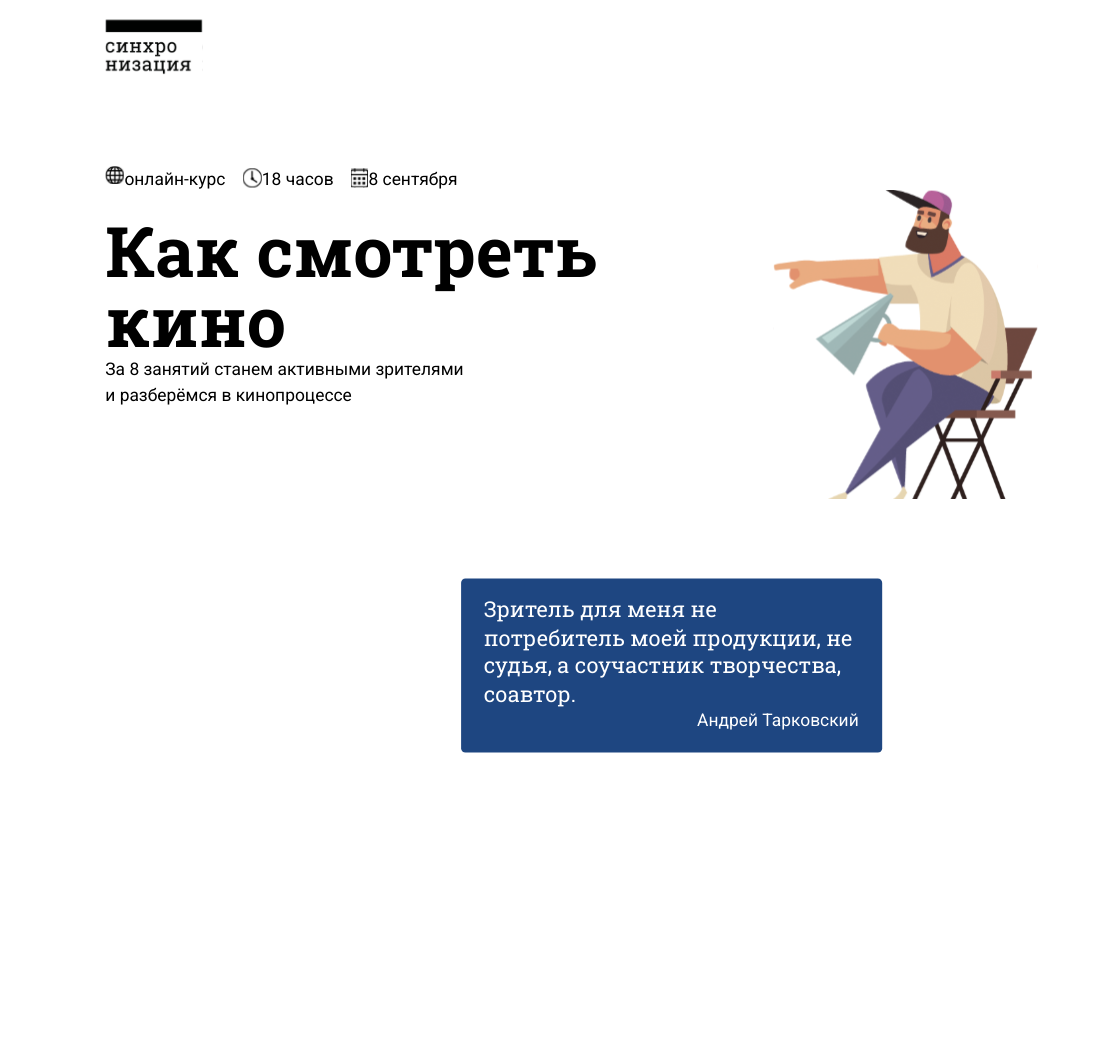
Repository: HeybetzadeQedim/task-2
Page: index.html
The author's editor kept a copy of each file at every save. The page is drawn from the files as they stood at one save, then again after a run of saves.
The browser window is 1280 px wide. The pictures show the whole page, at 87% of full size.

Above is the page before, as saved 2023-10-04 15:57:19.

After the next 2 saves:
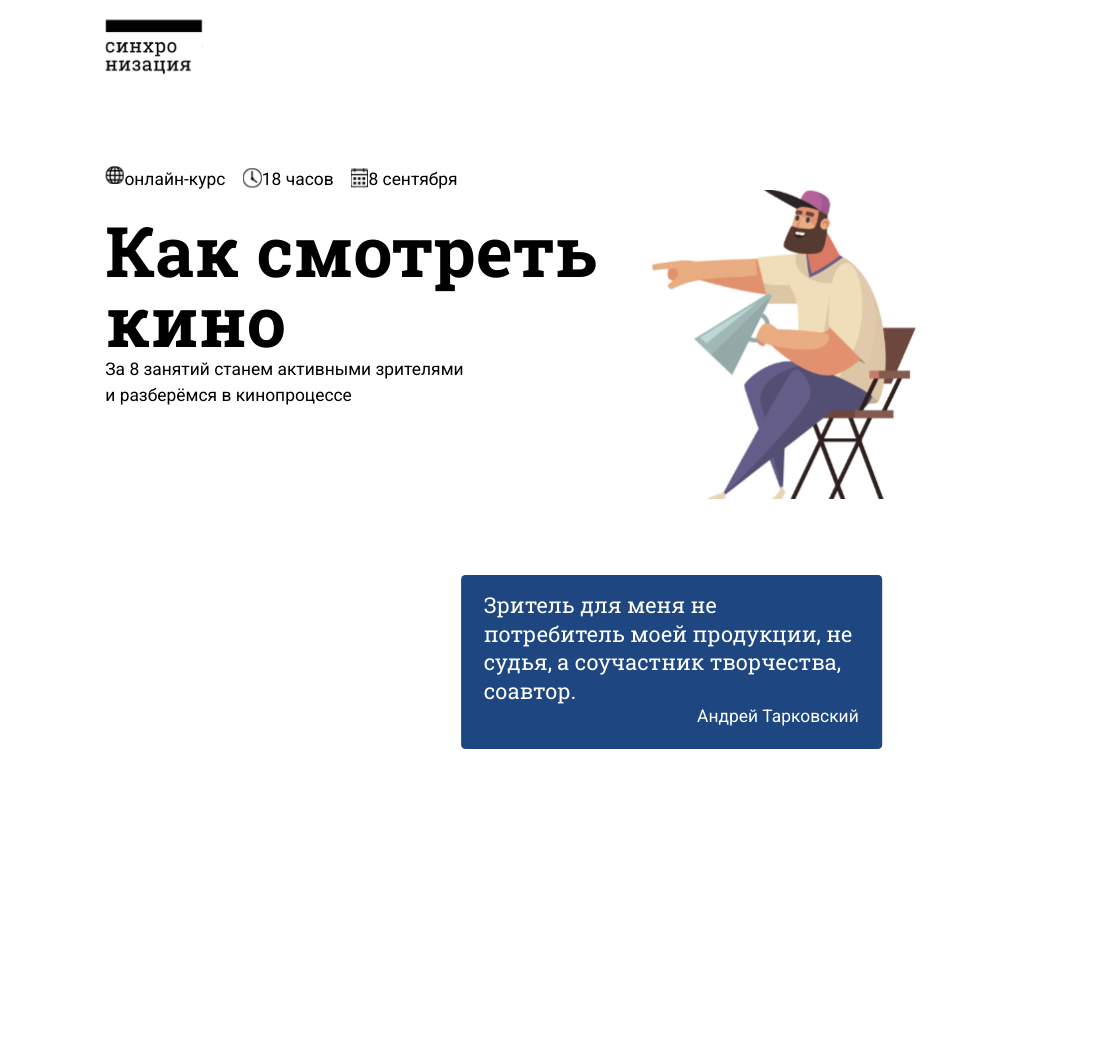
The 2 saves are shown as one change because they came seconds apart.
The last was saved 63 s later.
--- a/index.html
+++ b/index.html
@@ -24,9 +24,9 @@
             За 8 занятий станем активными зрителями и разберёмся в кинопроцессе
           </p>
         </div>
-        <div class="image-box">
+
           <img src="./ımages/noroot 1.svg" />
-        </div>
+
       </div>
       <div class="box">
         <p>
